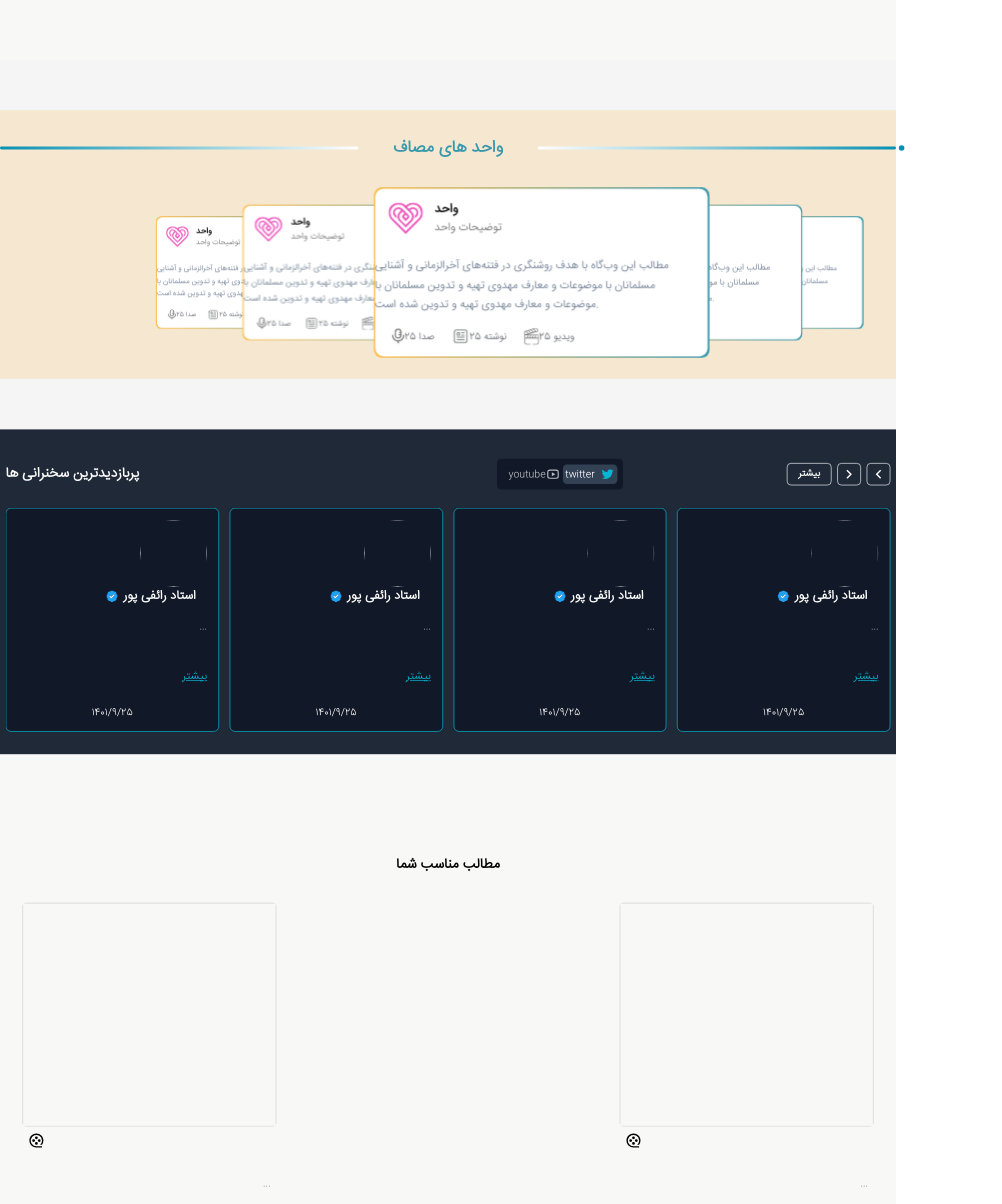
Repository: homan-tehrani/uiUserNative
Page: /
The author's editor kept a copy of each file at every save. The page is drawn from the files as they stood at one save, then again after the next save.
The browser window is 1280 px wide. The page is 1432 px wide, so the pictures cover 1432 px, including what lies to the right of the window. The pictures show the part of the page from y = 2169 to 3889 px (the page is 5134 px tall), at 70% of full size.
The page's requests for data from a server got no answer. The project was rebuilt for these pictures with package versions that can differ from the ones it lists, and the page was loaded fresh each time. The framework's server and built-in components were replaced by stand-ins that run in the browser. No one was signed in, and anything a server would have sent is missing. Also part of the build but not shown: next.config.js, src/components/MenuForUnits.js, src/components/AccordionForUnits.js, src/components/MenuResponsive.js.

Above is the page before, as saved 2023-04-25 09:51:07.

### src/pages/_app.js
import Layoute from 'components/layout/Layoute'
import 'styles/globals.css'

export default function App({ Component, pageProps }) {
  return <Layoute>
    <Component {...pageProps} />
  </Layoute>
}

### src/pages/index.js
import Head from 'next/head';
import Layoute from '../components/layout/Layoute';
import Loading from '../components/loading';
import Slider from '../components/Slider';
import Album1 from '../components/Album1';
import Invitation from '../components/Invitation';
import Album2 from '../components/Album2';
import Description from '../components/Description';
import Album3 from '../components/Album3';
import Suggestion from '../components/Suggestion';
import { useEffect } from 'react';

export default function Home({ datas }) {
  return (
    <>
      <Head>
        <title>خانه</title>
        <meta
          name="description"
          content="Generated by create next app"
        />
        <meta
          name="viewport"
          content="width=device-width, initial-scale=1"
        />
        <link rel="icon" href="/favicon.ico" />
      </Head>
      <main className="bg-[#F8F8F6]">

        <>
          <Slider />
          <Album1 />
          <Invitation />
          <Album2 />
          <Description />
          <Album3 />
          <Suggestion />
        </>

      </main>
    </>
  );
}

// export async function getStaticProps(context){

//   const res = await fetch("https://nativecontent.sirafgroup.com/api/v1/tag/contentByTag/")
//   const data = await res.json(res)
//   console.log(data);

//   if (!data) {
//     return {
//       notFound: true,
//     }
//   }

//   return{
//     props: {

//     }
//   }

// }

### src/components/layout/Layoute.js
import React from "react";
import Header from "./Header";
import Fotter from "./Fotter";
import Speech from "../Speech";

export default function Layoute({ children , datas }) {
  return (
    <>
      <Header  />
      <div>{children}</div>
      <Speech />
      <Fotter datas={datas} />
    </>
  );
}

### src/styles/globals.css
@tailwind base;
@tailwind components;
@tailwind utilities;

@font-face {
    font-family: iransans;
    src: url("../../public/assets/fonts/iransans/irsans-l.woff");
}

html , body{
    font-family: iransans;
  }

.slider-master
.swiper-pagination-bullet{
  width: 14px;
  height: 14px;
  background-color: #3998AC;
}

.slider-master
.swiper-pagination-bullet-active {
  width: 60px;
  border-radius: 60px;
}

### src/components/loading.js
const Loading =()=> {
    return (
      <div className="w-full h-full flex justify-center items-center py-5">
        <svg aria-hidden="true" class="w-12 h-12 text-gray-200 animate-spin dark:text-gray-600 fill-cyan-600" viewBox="0 0 100 101" fill="none" xmlns="http://www.w3.org/2000/svg">
            <path d="M100 50.5908C100 78.2051 77.6142 100.591 50 100.591C22.3858 100.591 0 78.2051 0 50.5908C0 22.9766 22.3858 0.59082 50 0.59082C77.6142 0.59082 100 22.9766 100 50.5908ZM9.08144 50.5908C9.08144 73.1895 27.4013 91.5094 50 91.5094C72.5987 91.5094 90.9186 73.1895 90.9186 50.5908C90.9186 27.9921 72.5987 9.67226 50 9.67226C27.4013 9.67226 9.08144 27.9921 9.08144 50.5908Z" fill="currentColor"/>
            <path d="M93.9676 39.0409C96.393 38.4038 97.8624 35.9116 97.0079 33.5539C95.2932 28.8227 92.871 24.3692 89.8167 20.348C85.8452 15.1192 80.8826 10.7238 75.2124 7.41289C69.5422 4.10194 63.2754 1.94025 56.7698 1.05124C51.7666 0.367541 46.6976 0.446843 41.7345 1.27873C39.2613 1.69328 37.813 4.19778 38.4501 6.62326C39.0873 9.04874 41.5694 10.4717 44.0505 10.1071C47.8511 9.54855 51.7191 9.52689 55.5402 10.0491C60.8642 10.7766 65.9928 12.5457 70.6331 15.2552C75.2735 17.9648 79.3347 21.5619 82.5849 25.841C84.9175 28.9121 86.7997 32.2913 88.1811 35.8758C89.083 38.2158 91.5421 39.6781 93.9676 39.0409Z" fill="currentFill"/>
        </svg>
      </div>
    );
  }

  export default Loading;

### src/components/Slider.js
import React, { useEffect, useState } from "react";
import { Swiper, SwiperSlide } from "swiper/react";
import { Navigation, EffectFade, Pagination, Scrollbar, A11y } from "swiper";
import { useRef } from "react";
import Loading from "./loading";
import ImageProfile from "assets/images/image.jpg";

import "swiper/css";
import "swiper/css/navigation";
import "swiper/css/pagination";
import "swiper/css/scrollbar";
import { sliderPhoto } from "../../src/db.json";
import Survey from "./Survey";

export default function Slider() {
  const [imagesSlider, setImagesSlider] = useState(null);
  const swiperRef = useRef();

  useEffect(() => {
    setImagesSlider(sliderPhoto);
  }, []);

  if (!imagesSlider) {
    return <Loading />;
  }

  return (
    <div className="container mx-auto w-full h-full  py-7 px-2">
      <Swiper
        wrapperClass="w-full"
        modules={[Navigation, Pagination, Scrollbar, A11y, EffectFade, Pagination]}
        spaceBetween="auto"
        loop={true}
        autoplay={{
          delay: 1000,
          disableOnInteraction: false,
        }}
        navigation={{
            nextEl: '.swiper-button-next',
            prevEl: '.swiper-button-prev',
        }}
        onBeforeInit={(swiper) => {
          swiperRef.current = swiper;
        }}
        slidesPerView={1}
        effect="fade"
        className="slider-master max-h-[32rem] min-h-full rounded-3xl overflow-hidden"
      >
        {imagesSlider.map((item) => (
          <SwiperSlide key={item.id} className="w-full h-full">
            <img
              className="w-full h-[32rem] object-cover"
              src="assets/images/image.jpg"
            />
          </SwiperSlide>
        ))}
        <div
          className="swiper-button-prev !text-white mx-8 after:!text-4xl"
        ></div>
        <div
          className="swiper-button-next !text-white mx-8 after:!text-4xl"
        ></div>

      </Swiper>
      <div className="custom-pagination"></div>
      <Survey/>

       </div>

  );
}

### src/components/Album3.js
import React, { useRef, useState, useEffect } from 'react';
import { Swiper, SwiperSlide } from 'swiper/react';
import 'swiper/css';
import 'swiper/css/pagination';
import { Pagination, Navigation } from 'swiper';
import Loading from './loading';
import MorSpeech from './MorSpeech';
import { albumPhoto3 } from '../../src/db.json';
import Link from 'next/link';

export default function Album3() {
  const [albumPhotos3, setAlbumPhotos3] = useState(null);

  const swiperRef = useRef();
  useEffect(() => {
    setAlbumPhotos3(albumPhoto3);
  }, []);

  const nextSlideHandler = () => {
    swiperRef.current?.slideNext();
  };

  const prevSlideHandler = () => {
    swiperRef.current?.slidePrev();
  };

  useEffect(() => {
    const fetchData = async () => {
      const response = await fetch(
        'https://nativecontent.sirafgroup.com/api/v1/category/contentByCategory/?categoryId=1&count=10'
      );
      const data = await response.json();
      setAlbumPhotos3(data.data);
    };
    fetchData();
  }, []);

  if (!albumPhotos3) {
    return <Loading />;
  }

  return (
    <div className="bg-gray-800 pt-16 md:pt-12 pb-8 mb-16  px-2 ">
      <div className="-translate-y-8 container mx-auto ">
        <div className="flex -translate-y-3 sm:translate-y-8 lg:translate-x-40 w-full items-center justify-center  gap-x-1 h-8   text-xsm text-white  px-1 rounded-sm">
          <div className="bg-gray-900  p-2 rounded-md flex items-center ">
            <Link
              href="http://www.youtube.com"
              className="text-sm opacity-70 bg-gray-900 ml-2"
            >
              youtube
              <svg
                xmlns="http://www.w3.org/2000/svg"
                className="fill-white inline mr-1"
                viewBox="0 0 24 24"
                width="20"
                height="20"
              >
                <path fill="none" d="M0 0h24v24H0z" />
                <path d="M19.606 6.995c-.076-.298-.292-.523-.539-.592C18.63 6.28 16.5 6 12 6s-6.628.28-7.069.403c-.244.068-.46.293-.537.592C4.285 7.419 4 9.196 4 12s.285 4.58.394 5.006c.076.297.292.522.538.59C5.372 17.72 7.5 18 12 18s6.629-.28 7.069-.403c.244-.068.46-.293.537-.592C19.715 16.581 20 14.8 20 12s-.285-4.58-.394-5.005zm1.937-.497C22 8.28 22 12 22 12s0 3.72-.457 5.502c-.254.985-.997 1.76-1.938 2.022C17.896 20 12 20 12 20s-5.893 0-7.605-.476c-.945-.266-1.687-1.04-1.938-2.022C2 15.72 2 12 2 12s0-3.72.457-5.502c.254-.985.997-1.76 1.938-2.022C6.107 4 12 4 12 4s5.896 0 7.605.476c.945.266 1.687 1.04 1.938 2.022zM10 15.5v-7l6 3.5-6 3.5z" />
              </svg>
            </Link>
            <Link
              href="http://www.twitter.com"
              className="text-sm bg-slate-700 p-1 rounded-md"
            >
              twitter
              <svg
                xmlns="http://www.w3.org/2000/svg"
                className="fill-cyan-500 inline ml-2"
                viewBox="0 0 24 24"
                width="20"
                height="20"
              >
                <path fill="none" d="M0 0h24v24H0z" />
                <path d="M22.162 5.656a8.384 8.384 0 0 1-2.402.658A4.196 4.196 0 0 0 21.6 4c-.82.488-1.719.83-2.656 1.015a4.182 4.182 0 0 0-7.126 3.814 11.874 11.874 0 0 1-8.62-4.37 4.168 4.168 0 0 0-.566 2.103c0 1.45.738 2.731 1.86 3.481a4.168 4.168 0 0 1-1.894-.523v.052a4.185 4.185 0 0 0 3.355 4.101 4.21 4.21 0 0 1-1.89.072A4.185 4.185 0 0 0 7.97 16.65a8.394 8.394 0 0 1-6.191 1.732 11.83 11.83 0 0 0 6.41 1.88c7.693 0 11.9-6.373 11.9-11.9 0-.18-.005-.362-.013-.54a8.496 8.496 0 0 0 2.087-2.165z" />
              </svg>
            </Link>
          </div>
        </div>
        <MorSpeech
          classMore="white"
          colorIcon="fill-white"
          colorText="text-white"
          nextButtonHandler={nextSlideHandler}
          prevButtonHandler={prevSlideHandler}
          content="پربازدیدترین سخنرانی ها"
        />
      </div>

      <Swiper
        slidesPerView={4}
        spaceBetween={15}
        modules={[Pagination, Navigation]}
        onBeforeInit={(swiper) => {
          swiperRef.current = swiper;
        }}
        breakpoints={{
          // when window width is >= 640px
          0: {
            slidesPerView: 1,
          },
          400: {
            slidesPerView: 2,
          },
          640: {
            slidesPerView: 3,
          },
          1024: {
            slidesPerView: 4,
          },
        }}
        className="container h-80  "
      >
        {albumPhotos3.map((item) => (
          <SwiperSlide
            key={item.id}
            dir="rtl"
            className=" bg-gray-900  p-4  text-white border border-cyan-500 rounded-lg cursor-pointer"
          >
            <Link
              href={`/units/${item.id}`}
              className="w-full h-full  flex flex-col justify-between "
            >
              <div className="">
                  <div className="w-24 h-24  rounded-full overflow-hidden">
                    <img
                      src={item.coverImage}
                      alt={item.title}
                      className="w-full h-full  rounded-full"
                    />
                  </div>
                  <div
                    dir="rtl"
                    className="flex flex-col items-start pr-4 text-lg"
                  >
                    <p className="font-bold mb-2">
                      استاد رائفی پور
                      <svg
                        width="16"
                        height="17"
                        viewBox="0 0 16 17"
                        className="inline mr-2"
                        fill="none"
                        xmlns="http://www.w3.org/2000/svg"
                      >
                        <path
                          fill-rule="evenodd"
                          clip-rule="evenodd"
                          d="M5.34778 1.71013C5.85112 0.72607 6.84948 0.0551758 8 0.0551758C9.15052 0.0551758 10.1489 0.726069 10.6522 1.71012C11.6796 1.38313 12.8433 1.6403 13.6569 2.48339C14.4704 3.32646 14.7186 4.53243 14.403 5.5971C15.3526 6.11871 16 7.15331 16 8.3456C16 9.5379 15.3526 10.5725 14.403 11.0941C14.7186 12.1588 14.4704 13.3647 13.6569 14.2078C12.8433 15.0509 11.6796 15.3081 10.6522 14.9811C10.1489 15.9651 9.15052 16.636 8 16.636C6.84947 16.636 5.85112 15.9651 5.34778 14.9811C4.32041 15.3081 3.15669 15.0509 2.34314 14.2078C1.52961 13.3647 1.28144 12.1588 1.59698 11.0941C0.647392 10.5725 0 9.5379 0 8.3456C0 7.15331 0.647391 6.11871 1.59697 5.5971C1.28143 4.53243 1.5296 3.32646 2.34314 2.48339C3.15669 1.64031 4.32041 1.38313 5.34778 1.71013ZM11.81 6.26519C11.8686 6.32589 11.8686 6.42431 11.81 6.48502L7.07236 11.3946C7.01378 11.4553 6.91881 11.4553 6.86023 11.3946L4.24393 8.68335C4.18536 8.62265 4.18536 8.52422 4.24393 8.46352L5.09246 7.58419C5.15104 7.52348 5.24602 7.52348 5.30459 7.58419L6.86023 9.1963C6.91881 9.257 7.01378 9.257 7.07236 9.1963L10.7493 5.38585C10.8079 5.32515 10.9029 5.32515 10.9614 5.38585L11.81 6.26519Z"
                          fill="#1EA1F2"
                        />
                        <path
                          d="M11.81 6.48502C11.8686 6.42431 11.8686 6.32589 11.81 6.26519L10.9614 5.38585C10.9029 5.32515 10.8079 5.32515 10.7493 5.38585L7.07236 9.1963C7.01378 9.257 6.91881 9.257 6.86023 9.1963L5.30459 7.58419C5.24602 7.52348 5.15104 7.52348 5.09246 7.58419L4.24393 8.46352C4.18536 8.52422 4.18536 8.62265 4.24393 8.68335L6.86023 11.3946C6.91881 11.4553 7.01378 11.4553 7.07236 11.3946L11.81 6.48502Z"
                          fill="white"
                        />
                      </svg>
                    </p>
                  </div>
              </div>

              <p className="truncate w-60 font-bold">
                    {item.title}
                  </p>
              <div className=" w-full h-10 text-sm -translate-y-6">
                <p className="text-slate-300 mt-2">
                  {item?.summary?.substring(0, 150)}...
                </p>
              </div>

              <div className=" w-full h-10 ">
                <Link
                  className="text-cyan-500 "
                  href={`/units/${item.id}`}
                >
                  <u>بیشتر</u>
                </Link>
              </div>

              <div className=" text-center text-sm">
                <p>1401/9/25</p>
              </div>
            </Link>
          </SwiperSlide>
        ))}
      </Swiper>
    </div>
  );
}

### src/components/Speech.js
import React, { useEffect, useState } from "react";
import Loading from "./loading";
import {speech} from "../../src/db.json"

export default function Speech({ datas }) {
  const [imageSpeech, setImageSpeech] = useState(null);
  useEffect(() => {
    setImageSpeech(speech);
  }, []);

  if (!imageSpeech) {
    return <Loading />;
  }
  return (
    <div className="w-full flex justify-center items-center relative ">
      <div className="flex flex-col w-full h-max">
        <div className="flex flex-col w-full ">
          <img
            src={imageSpeech[0].src}
            alt={imageSpeech[0].alt}
            className="w-full h-full object-cover"
          />
        </div>
      </div>
    </div>
  );
}

### src/components/MorSpeech.js
import React from 'react'


export default function MorSpeech({nextButtonHandler , prevButtonHandler , icons , underline , content , colorIcon , colorText , classMore , moreHandler,addHandler}) {

  return (
    <div  className='flex flex-col justify-center   w-full h-max '>
      <div className='flex justify-between items-center gap-x-0   md:px-0 xs:gap-x-6 '>
        <p className={`${colorText} font-bold text-xl`}>{content}</p>

        {icons && <div  className='flex items-center justify-center w-max gap-x-1 h-8 bg-gray-900 ml-96 text-xsm text-white  px-1 rounded-sm'>

        <button className='flex items-center justify-center gap-x-1 opacity-70'>
        <p>youtube</p>
        <svg xmlns="http://www.w3.org/2000/svg" className='fill-white' viewBox="0 0 24 24" width="20" height="20"><path fill="none" d="M0 0h24v24H0z"/><path d="M19.606 6.995c-.076-.298-.292-.523-.539-.592C18.63 6.28 16.5 6 12 6s-6.628.28-7.069.403c-.244.068-.46.293-.537.592C4.285 7.419 4 9.196 4 12s.285 4.58.394 5.006c.076.297.292.522.538.59C5.372 17.72 7.5 18 12 18s6.629-.28 7.069-.403c.244-.068.46-.293.537-.592C19.715 16.581 20 14.8 20 12s-.285-4.58-.394-5.005zm1.937-.497C22 8.28 22 12 22 12s0 3.72-.457 5.502c-.254.985-.997 1.76-1.938 2.022C17.896 20 12 20 12 20s-5.893 0-7.605-.476c-.945-.266-1.687-1.04-1.938-2.022C2 15.72 2 12 2 12s0-3.72.457-5.502c.254-.985.997-1.76 1.938-2.022C6.107 4 12 4 12 4s5.896 0 7.605.476c.945.266 1.687 1.04 1.938 2.022zM10 15.5v-7l6 3.5-6 3.5z"/></svg>
            </button>
        <button className='flex items-center justify-center gap-x-1 bg-slate-700 p-1 rounded-md'>
        <p>twitter</p>
          <svg xmlns="http://www.w3.org/2000/svg" className='fill-cyan-500' viewBox="0 0 24 24" width="20" height="20"><path fill="none" d="M0 0h24v24H0z"/><path d="M22.162 5.656a8.384 8.384 0 0 1-2.402.658A4.196 4.196 0 0 0 21.6 4c-.82.488-1.719.83-2.656 1.015a4.182 4.182 0 0 0-7.126 3.814 11.874 11.874 0 0 1-8.62-4.37 4.168 4.168 0 0 0-.566 2.103c0 1.45.738 2.731 1.86 3.481a4.168 4.168 0 0 1-1.894-.523v.052a4.185 4.185 0 0 0 3.355 4.101 4.21 4.21 0 0 1-1.89.072A4.185 4.185 0 0 0 7.97 16.65a8.394 8.394 0 0 1-6.191 1.732 11.83 11.83 0 0 0 6.41 1.88c7.693 0 11.9-6.373 11.9-11.9 0-.18-.005-.362-.013-.54a8.496 8.496 0 0 0 2.087-2.165z"/></svg>

          </button>
        </div>}
        <div className='flex gap-x-2 '>
            <button onClick={()=>moreHandler} className={`text-${classMore} border border-${classMore} xs:w-12 font-bold text-sm rounded-md w-16 h-8`}>بیشتر</button>
            <button className='border rounded-md px-1' onClick={prevButtonHandler}>
            <svg xmlns="http://www.w3.org/2000/svg" className={colorIcon} viewBox="0 0 24 24" width="24" height="24"><path fill="none" d="M0 0h24v24H0z"/><path d="M13.172 12l-4.95-4.95 1.414-1.414L16 12l-6.364 6.364-1.414-1.414z"/></svg>
            </button>
            <button className='border rounded-md px-1 ' onClick={nextButtonHandler}>
            <svg xmlns="http://www.w3.org/2000/svg" className={colorIcon} viewBox="0 0 24 24" width="24" height="24"><path fill="none" d="M0 0h24v24H0z"/><path d="M10.828 12l4.95 4.95-1.414 1.414L8 12l6.364-6.364 1.414 1.414z"/></svg>
            </button>
        </div>
      </div>
      {underline && <div className='bg-blue-200 h-0.5 w-full mt-3 bg-gradient-to-l from-blue-300 to-white'></div>}
    </div>
  )
}

### tailwind.config.js
/** @type {import('tailwindcss').Config} */
module.exports = {
  content: [
    "./app/**/*.{js,ts,jsx,tsx}",
    "./pages/**/*.{js,ts,jsx,tsx}",
    "./components/**/*.{js,ts,jsx,tsx}",

    // Or if using `src` directory:
    "./src/**/*.{js,ts,jsx,tsx}",
  ],
  theme: {
    extend: {
      screens:{
        'xs':{'max':'430px'},
      },
      spacing: {
        '148': '37rem',
        '120':'36rem',
        '152':'42rem',
        '90':'25rem',
        '98':'28rem',
        '100':'30rem',
        '110':'33rem',
        'ppx':'0.5px',
        '400px': '400px',
        '300px':'300px',
        '1200px':'1200px',
        '370px':'370px',
        '305px':'305px',
        '282px':'282px'
      },
      fontSize:{
        tsm:['13px','19px'],
        ssm:['12px','18px'],
        xsm:['11px','17px'],
        xxsm:['10px','16px'],
        xxxsm:['8px','12px'],
      },
    },
  },
  plugins: [],
}

Loaded but not shown: src/db.json (58 lines, source omitted); src/components/layout/Header.js (172 lines, source omitted); src/components/layout/Fotter.js (133 lines, source omitted); src/components/NavBar.js (92 lines, source omitted); src/components/Description.js (198 lines, source omitted); src/components/Album1.js (169 lines, source omitted); src/components/Invitation.js (47 lines, source omitted); src/components/Survey.js (87 lines, source omitted); src/components/Album2.js (138 lines, source omitted); src/components/Suggestion.js (107 lines, source omitted)

After the next save:
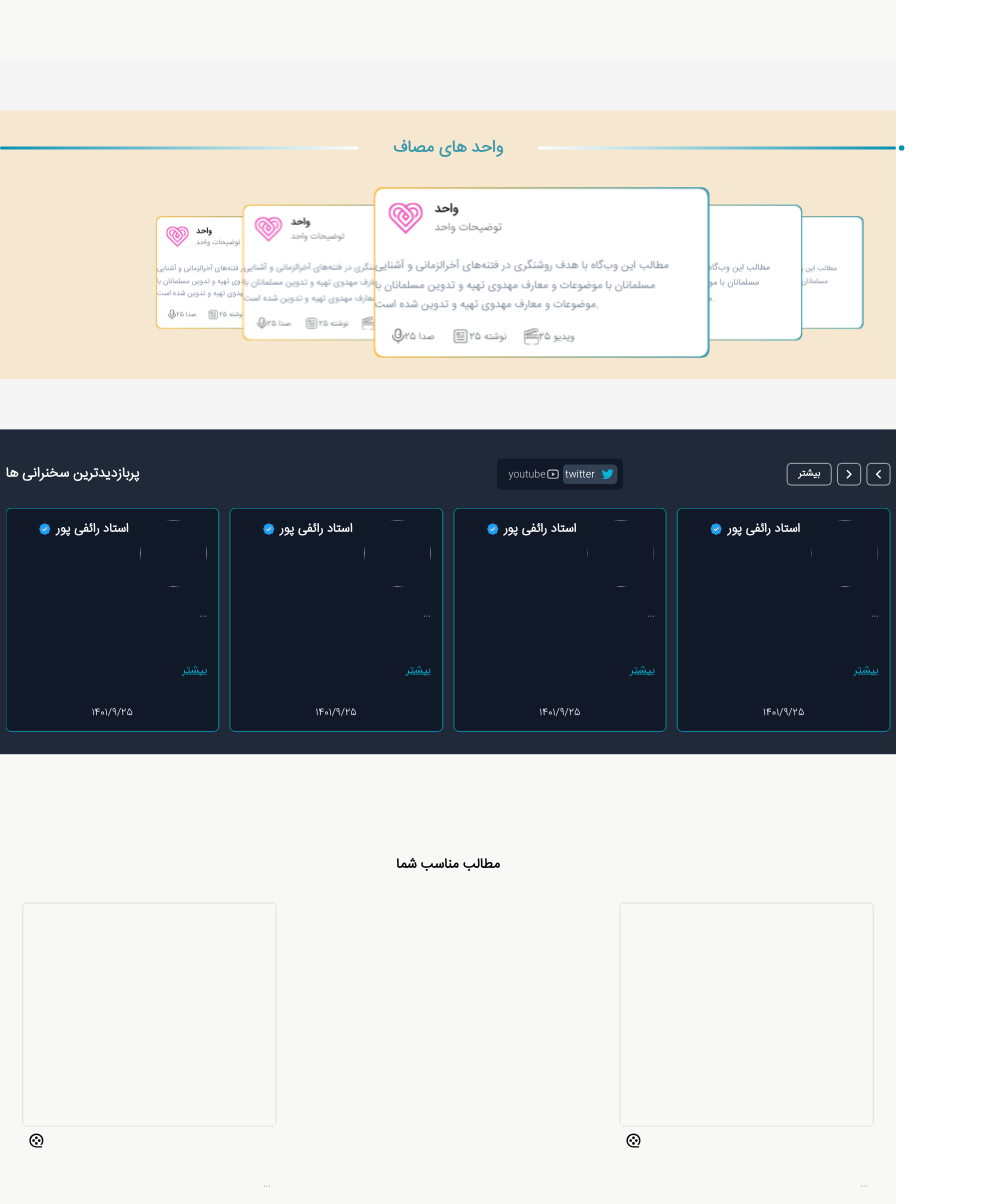
Saved 12 s later.
--- a/src/components/Album3.js
+++ b/src/components/Album3.js
@@ -122,7 +122,7 @@ export default function Album3() {
               href={`/units/${item.id}`}
               className="w-full h-full  flex flex-col justify-between "
             >
-              <div className="">
+              <div className=" flex ">
                   <div className="w-24 h-24  rounded-full overflow-hidden">
                     <img
                       src={item.coverImage}
@@ -132,7 +132,7 @@ export default function Album3() {
                   </div>
                   <div
                     dir="rtl"
-                    className="flex flex-col items-start pr-4 text-lg"
+                    className="flex pr-4 text-lg"
                   >
                     <p className="font-bold mb-2">
                       استاد رائفی پور
